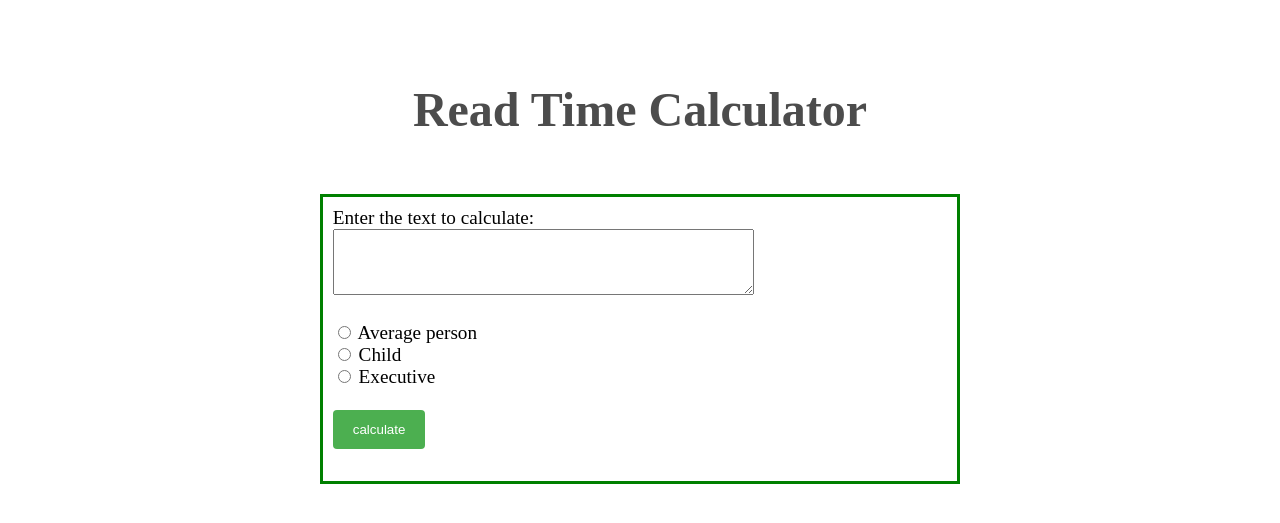
Repository: Full-Creative/Projects
Page: http://localhost/ReadTimeCalculator/
The author's editor kept a copy of each file at every save. The page is drawn from the files as they stood at one save, then again after the next save.
The browser window is 1280 px wide. The pictures show the whole page.
The page is served by Tomcat 9. Other server files are loaded and not shown.

Above is the page before, as saved 2020-11-19 10:29:14.

### ReadTimeCalculator/src/main/webapp/index.html
<!DOCTYPE html>
<html xmlns="http://www.w3.org/1999/xhtml" lang="en">
<head>
<meta http-equiv="content-type"
	content="application/xhtml+xml; charset=UTF-8" />
<title>Read Time Calculator</title>
<link rel="stylesheet" href="mystyle.css">

</head>
<body>

 	<header>
		<h1>Read Time Calculator</h1>
	<!--	<nav>
			<a href="">Average Read Time</a> <a href="">Child Read Time</a> <a
				href="">Executive Read Time</a>
		</nav>-->
	</header>
	<section class="userInput">
		<!--  <form action="/result" method="post" id="calculator">-->
		<label for="data">Enter the text to calculate:</label>
		<textarea id="data" name="data" rows="4" cols="50"></textarea>
		<br>
		<br> <input type="radio" id="average" name="type" value="average">
		<label for="type">Average person</label><br> <input type="radio"
			id="child" name="type" value="child"> <label for="type">Child</label><br>
		<input type="radio" id="executive" name="type" value="executive">
		<label for="type">Executive</label> <br>
		<br> <input type="submit" value="calculate" id="calculate">
		<br>
		<br>
		<div id="readTime"></div>
		<!-- </form>-->
	</section>
	<!--   <script src="http://code.jquery.com/jquery-latest.min.js"></script>-->
	<script src="script.js"></script>
</body>

</html>

### ReadTimeCalculator/src/main/webapp/mystyle.css
body {
	margin: 1%;
	padding: 1%;
	font-size: 100%;
}

header, footer {
	padding: 1%;
	margin: 1%;
}

header h1 {
	font-size: 3rem;
	color: rgba(0, 0, 0, .7);
	text-align: center;
}

nav {
	display: block;
	background-color: white;
	border: 1px solid black;
	text-align: center;
	border-radius: 35px;
	text-decoration: none;
	padding: 2%;
	margin: 1%;
}

nav a {
	padding: 1%;
	font-size: 1.2em;
}

.userInput {
	font-size: 1.2em;
	margin: auto;
	width: 50%;
	border: 3px solid green;
	padding: 10px;
}

.userInput a {
	padding: 1%;
}

.userInput #calculate {
	background-color: #4CAF50;
	color: white;
	padding: 12px 20px;
	border: none;
	border-radius: 4px;
	cursor: pointer;
}

### ReadTimeCalculator/src/main/webapp/script.js
var element = document.querySelector('#calculate');

element.addEventListener("click", function() {
	onChangeSubmitCallWebServiceAJAX();
});
function onChangeSubmitCallWebServiceAJAX() {
	var data = document.getElementById("data").value;
	var type = document.querySelector('input[name="type"]:checked').value;
	xhr = new XMLHttpRequest();
	xhr.open('POST', 'time');
	xhr.setRequestHeader('Content-Type', 'application/json');
	xhr.onload = function() {
		if (xhr.status === 200 && xhr.readyState == 4) {
			document.getElementById('readTime').innerHTML = 'The read time of ' + JSON.parse(xhr.responseText).type + ' is ' + JSON.parse(xhr.responseText).minutes + ' minutes';
		}
		else if (xhr.status !== 200) {
			alert('Request failed.  Returned status of ' + xhr.status);
		}
	};

	xhr.send(JSON.stringify({
		text: data,
		type: type
	}));

}

After the next save:
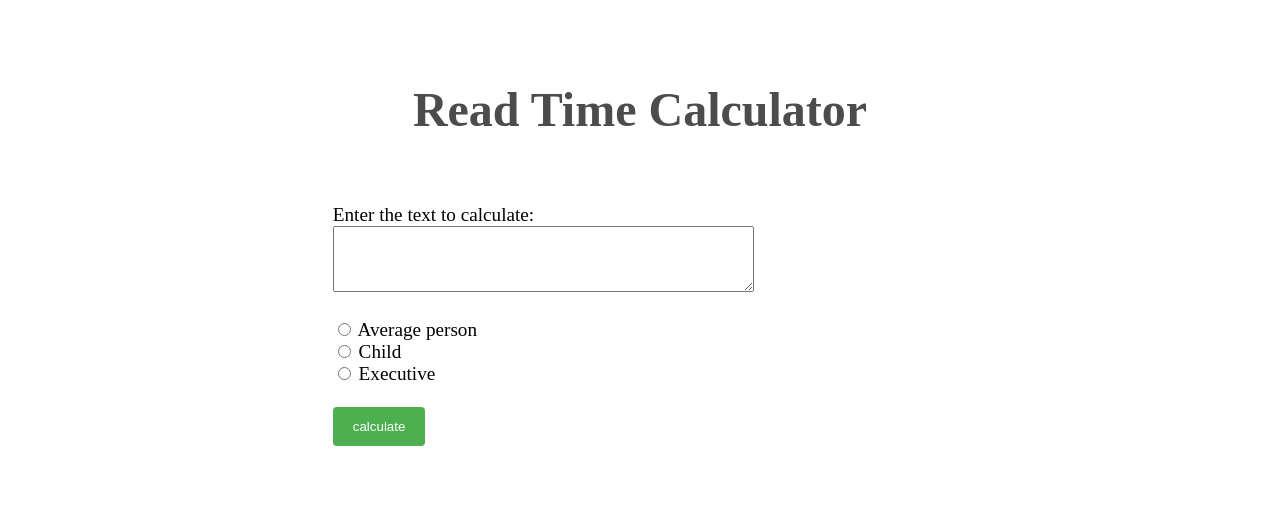
Saved 9 s later.
--- a/ReadTimeCalculator/src/main/webapp/mystyle.css
+++ b/ReadTimeCalculator/src/main/webapp/mystyle.css
@@ -35,7 +35,6 @@ nav a {
 	font-size: 1.2em;
 	margin: auto;
 	width: 50%;
-	border: 3px solid green;
 	padding: 10px;
 }
 
